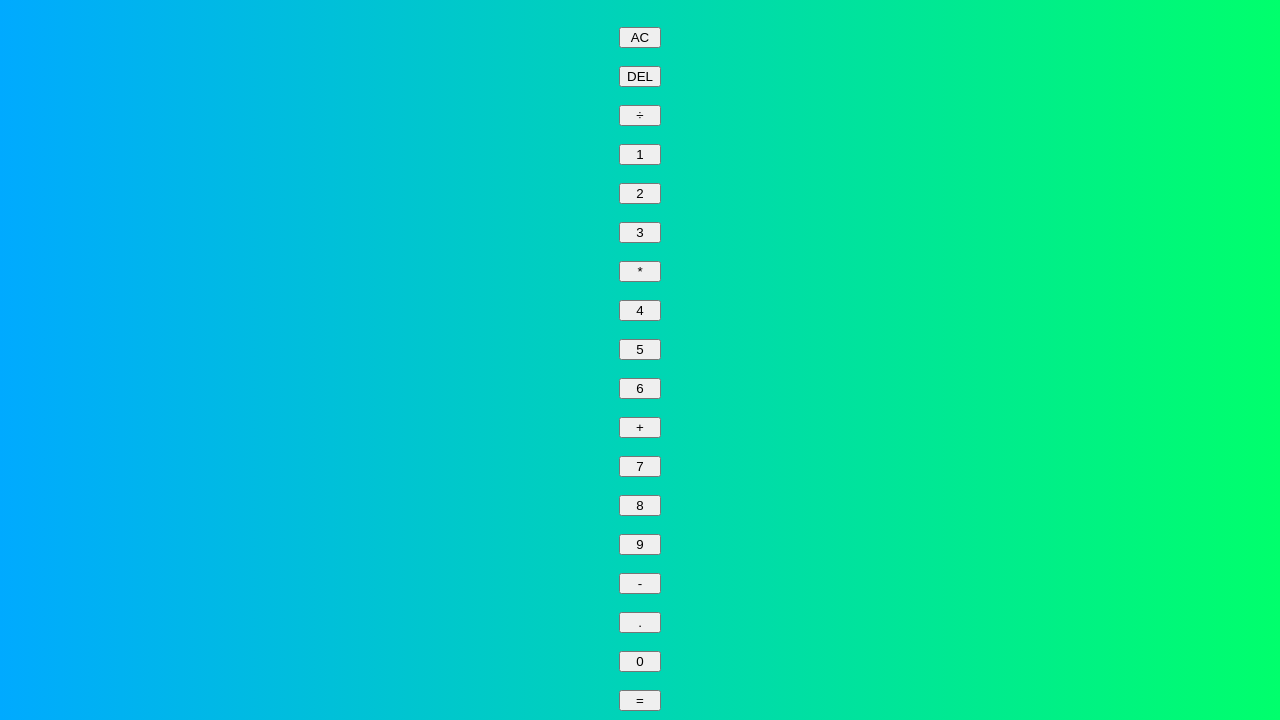
Repository: weazzyefff/Calculator-YT-Tutorial-
Page: index.html
An editor plug-in stored every save of this project. The page is shown before and after the next save, followed by the edit.
The browser window is 1280 px wide. The pictures show the whole page.

Above is the page before, as saved 2022-12-23 12:07:17.

### index.html
<!DOCTYPE html>
<html>
<head>
	<meta charset="utf-8">
	<meta name="viewport" content="width=device-width, initial-scale=1">
	<title>Calculator App</title>
    <link rel="stylesheet" href="styles.css">
    <script src="script.js" defer></script>
</head>
<body>
    <div class="calculator-grid">
    <div class="output">
        <div class="previous-operand"></div>
        <div class="current-operand"></div>
    </div>
    <button class="span-two">AC</button>
    <button>DEL</button>
    <button>÷</button>
    <button>1</button>
    <button>2</button>
    <button>3</button>
    <button>*</button>
    <button>4</button>
    <button>5</button>
    <button>6</button>
    <button>+</button>
    <button>7</button>
    <button>8</button>
    <button>9</button>
    <button>-</button>
    <button>.</button>
    <button>0</button>
    <button class="span-two">=</button>
    </div>

</body>
</html>

### styles.css
*, *::before, *::after {
    box-sizing: border-box;
    font-family: Gotham Rounded, sans-serif;
    font-weight: normal;
}

body {
    padding: 0;
    margin: 0;
    background: linear-gradient(to right, #00AAFF, #00FF6C);
}

.calculator-grid {
    display: grid;
    justify-content: center;
    align-items: center;
    min-height: 100vh;
}

Loaded but not shown: script.js (no stored copy; drawn as an empty file)

After the next save:
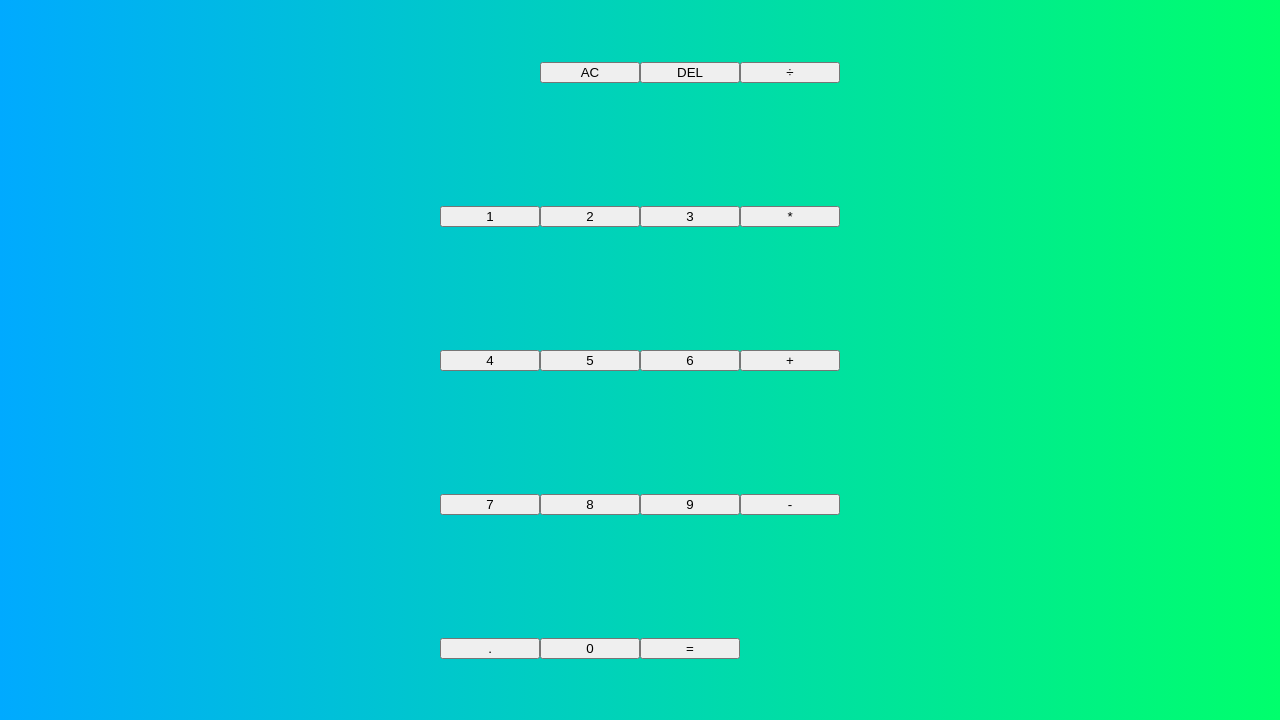
Saved 60 s later.
--- a/styles.css
+++ b/styles.css
@@ -15,4 +15,6 @@ body {
     justify-content: center;
     align-items: center;
     min-height: 100vh;
+    grid-template-columns: repeat(4,100px);
+    grid-template-rows: minmax(120px, auto) repeat((5, 100px));
 }
